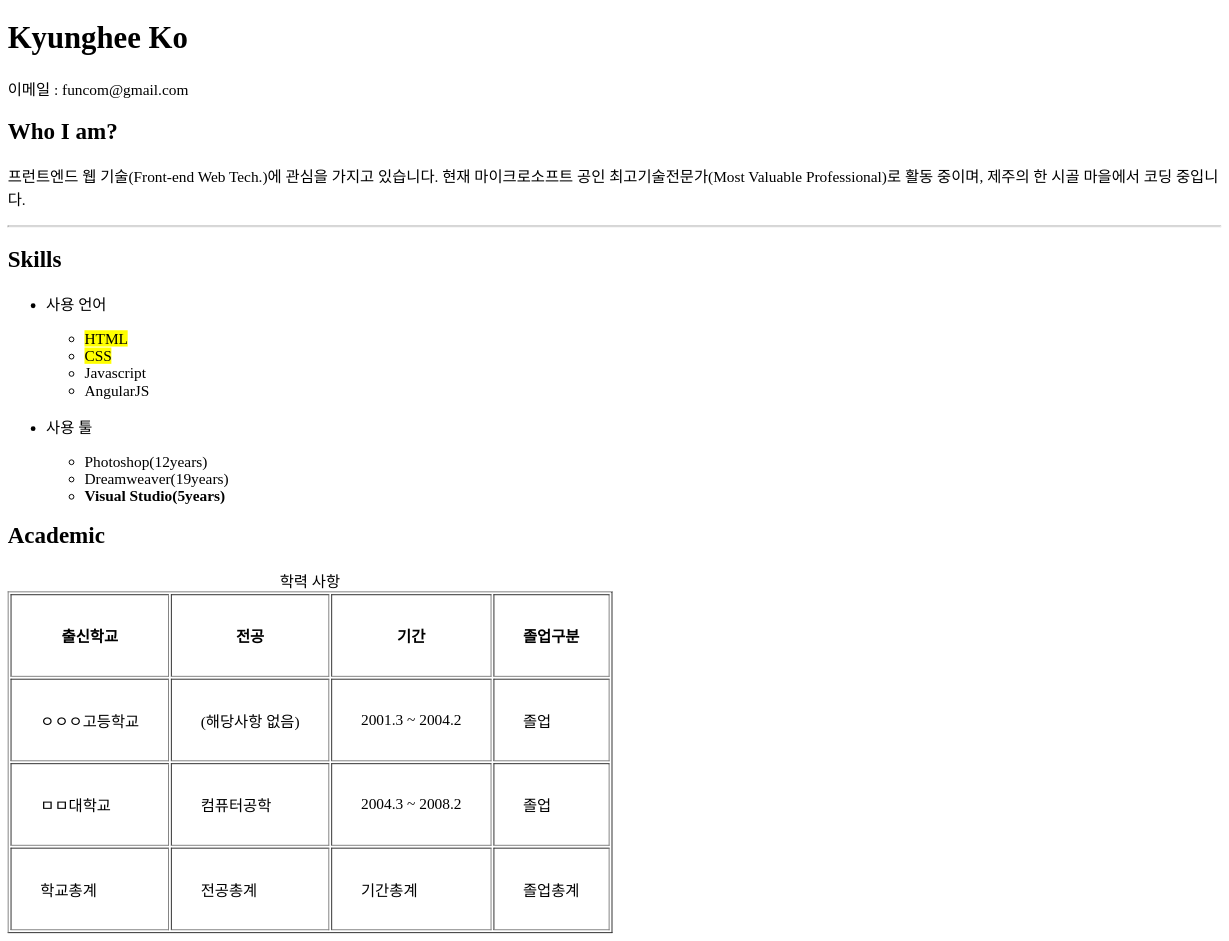
Repository: seulhwangbo/SeulJSP
Page: jspSrc17/webStandard01/src/main/webapp/02/resume.html
These files come from the project's save history. The page is drawn as it stood at one moment and after the next save; the edit follows.
The browser window is 1280 px wide. The pictures show the whole page, at 96% of full size.

Above is the page before, as saved 2024-06-13 07:52:18.

### jspSrc17/webStandard01/src/main/webapp/02/resume.html
<!DOCTYPE html>
<html>
<head>
<meta charset="UTF-8">
<title>Insert title here</title>
<style type="text/css">
table, th, td {
	border: "3px;"
}

th, td {
	padding: 30px;
}

thead, tfoot {
	background-color: white
}
</style>
</head>
<body>
	<h1>Kyunghee Ko</h1>
	<p>이메일 : funcom@gmail.com</p>
	<h2>Who I am?</h2>
	<p>프런트엔드 웹 기술(Front-end Web Tech.)에 관심을 가지고 있습니다. 현재 마이크로소프트 공인
		최고기술전문가(Most Valuable Professional)로 활동 중이며, 제주의 한 시골 마을에서 코딩 중입니다.</p>
	<hr>
	<h2>Skills</h2>
	<ul>
		<li>
			<p>사용 언어</p>
			<ul>
				<li><mark>HTML</mark></li>
				<li><mark>CSS</mark></li>
				<li>Javascript</li>
				<li>AngularJS</li>
			</ul>
		</li>
		<li>
			<p>사용 툴</p>
			<ul>
				<li>Photoshop(12years)</li>
				<li>Dreamweaver(19years)</li>
				<li><b>Visual Studio(5years)</b></li>
			</ul>
		</li>
	</ul>

	<table border="1">
		<h2>Academic</h2>
		<caption>학력 사항</caption>
		<thead>
			<tr>
				<th>출신학교</th>
				<th>전공</th>
				<th>기간</th>
				<th>졸업구분</th>
			</tr>
		</thead>
		<tr>
			<td>ㅇㅇㅇ고등학교</td>
			<td>(해당사항 없음)</td>
			<td>2001.3 ~ 2004.2</td>
			<td>졸업</td>
		</tr>
		<tr>
			<td>ㅁㅁ대학교</td>
			<td>컴퓨터공학</td>
			<td>2004.3 ~ 2008.2</td>
			<td>졸업</td>
		<tfoot>
			<tr>
				<td>학교총계</td>
				<td>전공총계</td>
				<td>기간총계</td>
				<td>졸업총계</td>
			</tr>
		</tfoot>
	</table>
</body>
</html>

After the next save:
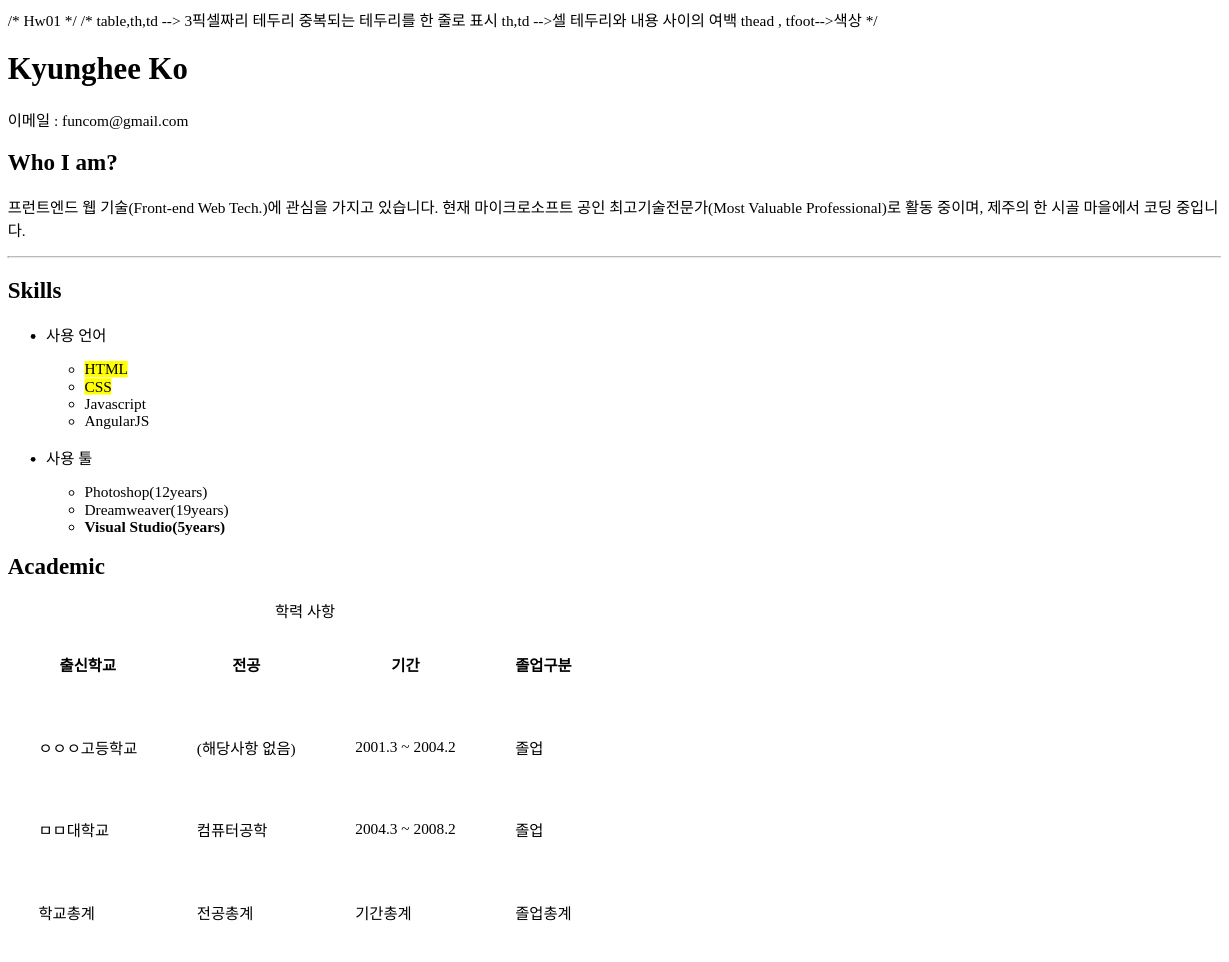
Saved 93 s later.
--- a/jspSrc17/webStandard01/src/main/webapp/02/resume.html
+++ b/jspSrc17/webStandard01/src/main/webapp/02/resume.html
@@ -1,19 +1,28 @@
 <!DOCTYPE html>
 <html>
+/* Hw01 */
+/*
+table,th,td --> 3픽셀짜리 테두리
+                중복되는 테두리를 한 줄로 표시
+th,td -->셀 테두리와 내용 사이의 여백
+thead , tfoot-->색상
+*/
 <head>
 <meta charset="UTF-8">
 <title>Insert title here</title>
 <style type="text/css">
 table, th, td {
-	border: "3px;"
+	border: 3px;
 }
 
 th, td {
 	padding: 30px;
+	border-collapse: collapse;
+
 }
 
 thead, tfoot {
-	background-color: white
+	background-color: white;
 }
 </style>
 </head>
